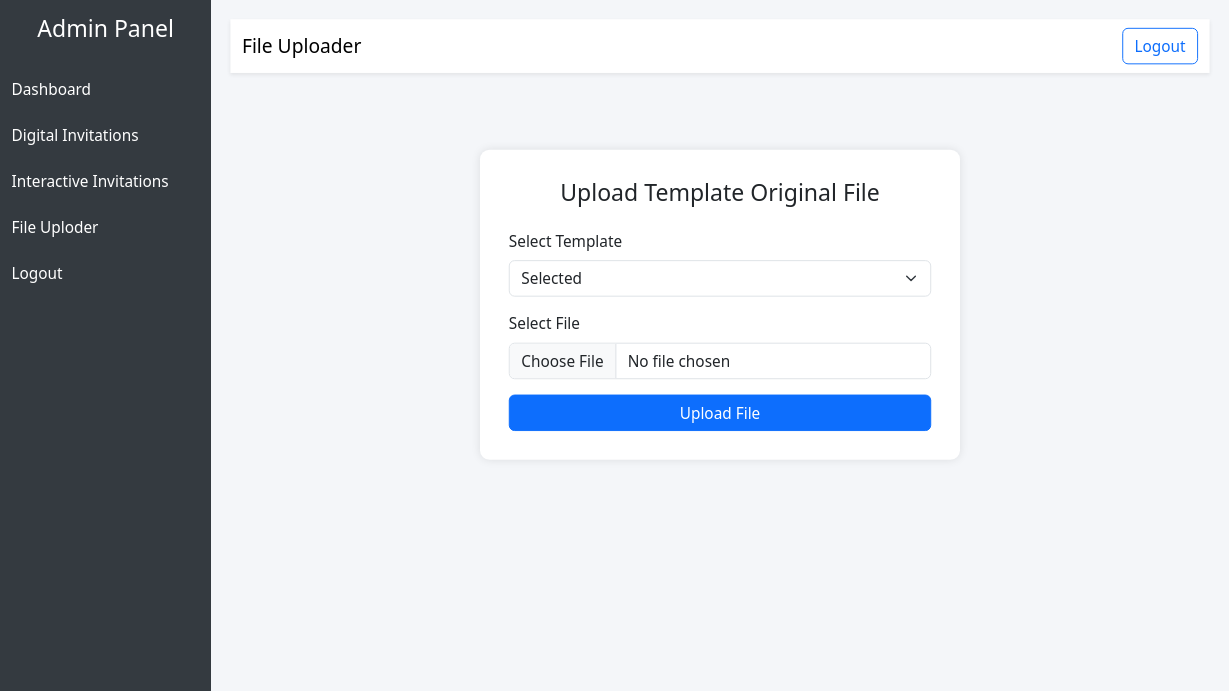
Repository: viraj7551/Flying-Invite-Project
Page: http://localhost/Admin03/file_uploader.jsp
The author's editor kept a copy of each file at every save. The page is drawn from the files as they stood at one save, then again after the next save.
The browser window is 1280 px wide. The pictures show the whole page, at 96% of full size.
Some web fonts or font styles are not loaded; a fallback is used. The page is served by Tomcat 9. Other server files are loaded and not shown. Queries for data that is not in the repository find no rows.

Above is the page before, as saved 2026-05-28 13:22:34.

### Admin03/WebContent/file_uploader.jsp
<%@ page import="java.util.*" %>
<%@ page import = "java.sql.*"%>

<!DOCTYPE html>
<html lang="en">
<head>
<meta charset="UTF-8">
<meta name="viewport" content="width=device-width, initial-scale=1.0">

<title>File Uploader</title>
<link rel="preconnect" href="https://fonts.googleapis.com">

<link
	href="https://fonts.googleapis.com/css2?family=Grey+Qo&family=Poppins:ital,wght@0,100;0,200;0,300;0,400;0,500;0,600;0,700;0,800;0,900;1,100;1,200;1,300;1,400;1,500;1,600;1,700;1,800;1,900&display=swap"
	rel="stylesheet">

<!-- Bootstrap CSS -->
<link href="https://cdn.jsdelivr.net/npm/bootstrap@5.3.2/dist/css/bootstrap.min.css" rel="stylesheet">

<style>

body{
background:#f4f6f9;
}

/* Sidebar */
.sidebar{
height:100vh;
background:#343a40;
color:white;
position:fixed;
width:220px;
}

.sidebar a{
color:white;
text-decoration:none;
display:block;
padding:12px;
}

.sidebar a:hover{
background:#495057;
}

/* Content */
.content{
margin-left:220px;
padding:20px;
}

/* Cards */
.card-box{
border-radius:10px;
color:white;
padding:20px;
}

.bg-blue{background:#0d6efd;}
.bg-green{background:#198754;}
.bg-orange{background:#fd7e14;}
.bg-red{background:#dc3545;}

.form-container{
max-width:600px;
margin:auto;
margin-top:60px;
padding:30px;
background:white;
border-radius:10px;
box-shadow:0 0 10px rgba(0,0,0,0.1);
}

.upload-box{
max-width:500px;
margin:80px auto;
padding:30px;
background:white;
border-radius:10px;
box-shadow:0 0 10px rgba(0,0,0,0.1);
}


/* Mobile */
@media(max-width:768px){

.sidebar{
position:relative;
width:100%;
height:auto;
}

.content{
margin-left:0;
}

}
</style>


</head>

<body>


<%
    String driver = "com.mysql.cj.jdbc.Driver";
    String url = "jdbc:mysql://88.222.214.58:3306/flyinginvite_invitation";
    String username = "root";
    String password = "13Viraj@6937";
    ResultSet rs = null;
    Connection con = null;
    PreparedStatement ps = null;

    try{
    	Class.forName(driver);
    	con = DriverManager.getConnection(url, username, password);
    	ps = con.prepareStatement("select templateId, template_heading, target_name from template Inner Join target using(templateId);");
    	rs = ps.executeQuery();

%>

<div class="sidebar">

<h4 class="text-center py-3">Admin Panel</h4>

<a href="dashboard.jsp">Dashboard</a>
<a href="digital_invitation.jsp">Digital Invitations</a>
<a href="interactive_invitation.jsp">Interactive Invitations</a>
<a href="#">File Uploder</a>
<a href="administrator.jsp">Logout</a>

</div>


<div class="content">

<!-- Navbar -->

<nav class="navbar navbar-light bg-white shadow-sm mb-4">
<div class="container-fluid">

<span class="navbar-brand">File Uploader</span>

<a href="administrator.jsp" class="btn btn-outline-primary">Logout</a>

</div>
</nav>


 <!-- ----------------- Form starts here -->
<div class="container">

   <div class="upload-box">

     <h4 class="text-center mb-4">Upload Template Original File</h4>

  <form action="FileUploader02" method="post" enctype="multipart/form-data">

       <div class="mb-3">
           <label class="form-label">Select Template</label>
             <select class="form-select" name="template_selector">
               <option selected>Selected</option>
               <% while(rs.next()){ %>
               <option value="<%= rs.getInt("templateId") %>"><%= rs.getInt("templateId")%> - <%= rs.getString("template_heading") %> - <%= rs.getString("target_name") %></option>
               <% } %>
             </select>
       </div>


      <div class="mb-3">
         <label class="form-label">Select File</label>
            <input type="file" name="file" class="form-control" required>
      </div>

     <div class="d-grid">
         <button class="btn btn-primary">Upload File</button>
      </div>
</form>

  </div>

 </div>

 <!-- ------------------ Form ends here -->



 <!-- ----------------- Form starts here -->
 <%
 ResultSet rs02 = null;
 Connection con02 = null;
 PreparedStatement ps02 = null;

 try{
 	Class.forName(driver);
 	con02 = DriverManager.getConnection(url, username, password);
 	ps02 = con.prepareStatement("select imageId, image_name from template_image;");
 	rs02 = ps.executeQuery();
    while(rs02.next()){

 %>

<div class="container">

   <div class="upload-box">

     <h4 class="text-center mb-4">Upload Template Preview File</h4>

  <form action="FileUploader" method="post" enctype="multipart/form-data">

       <div class="mb-3">
           <label class="form-label">Select Template</label>
             <select class="form-select" name="template_selector">
               <option selected>Selected</option>
               <% while(rs.next()){ %>
               <option value="<%= rs.getInt("imageId") %>"><%= rs.getInt("imageId") %> - <%= rs.getString("image_name")%></option>
               <% } %>
             </select>
       </div>


      <div class="mb-3">
         <label class="form-label">Select File</label>
            <input type="file" name="file" class="form-control" required>
      </div>

     <div class="d-grid">
         <button class="btn btn-primary">Upload File</button>
      </div>
</form>
   <%
        }
      }
      catch(Exception e){
         e.printStackTrace();
      }

   %>


  </div>

 </div>


 <%
    }
    catch(Exception e){
       e.printStackTrace();
    }

 %>

 <!-- ------------------ Form ends here -->

</div>
<script src="https://cdn.jsdelivr.net/npm/bootstrap@5.3.2/dist/js/bootstrap.bundle.min.js"></script>
</body>
</html>

After the next save:
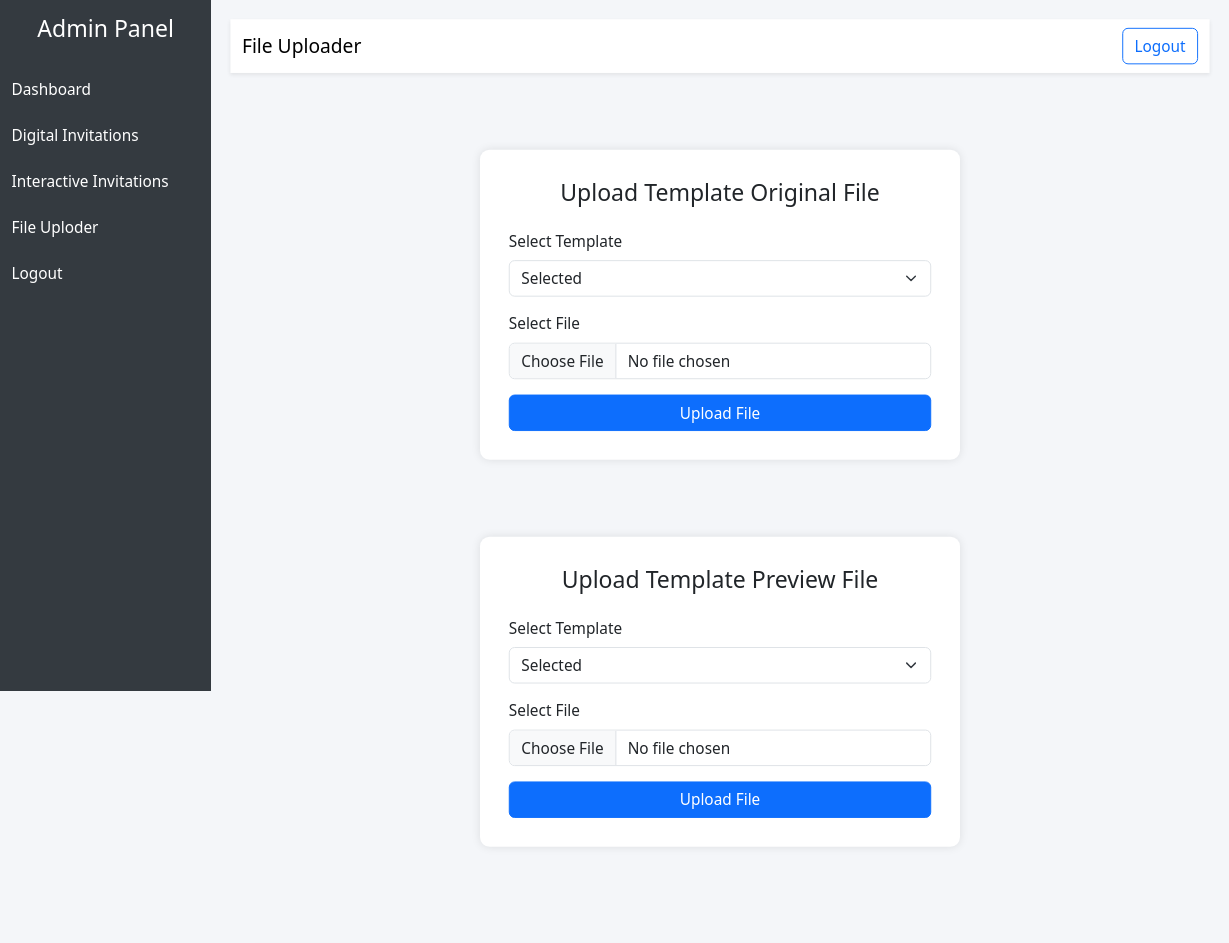
Saved 27 s later.
--- a/Admin03/WebContent/file_uploader.jsp
+++ b/Admin03/WebContent/file_uploader.jsp
@@ -197,7 +197,6 @@ margin-left:0;
  	con02 = DriverManager.getConnection(url, username, password);
  	ps02 = con.prepareStatement("select imageId, image_name from template_image;");
  	rs02 = ps.executeQuery();
-    while(rs02.next()){
 
  %>
 
@@ -230,7 +229,6 @@ margin-left:0;
       </div>
 </form>
    <%
-        }
       }
       catch(Exception e){
          e.printStackTrace();
